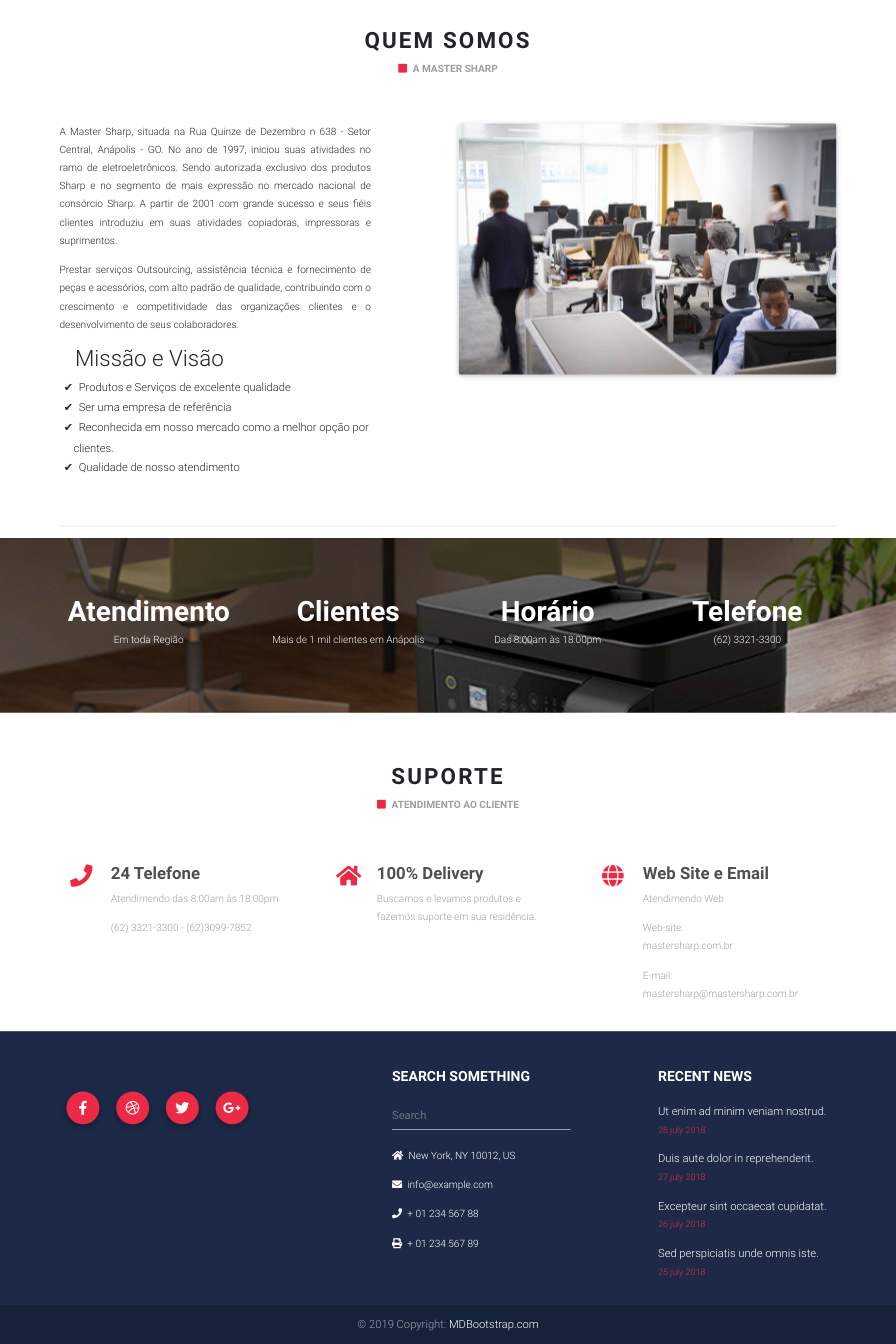
Repository: SalomaoMiguel/mastshap
Page: html/index.html
These files come from the project's save history. The page is drawn as it stood at one moment and after a run of saves; the edit follows.
The browser window is 1280 px wide. The pictures show the part of the page from y = 1373 to 3293 px (the page is 3293 px tall), at 70% of full size.
Some web libraries are served in a nearby version.

Above is the page before, as saved 2021-02-17 15:27:46.

After the next 2 saves:
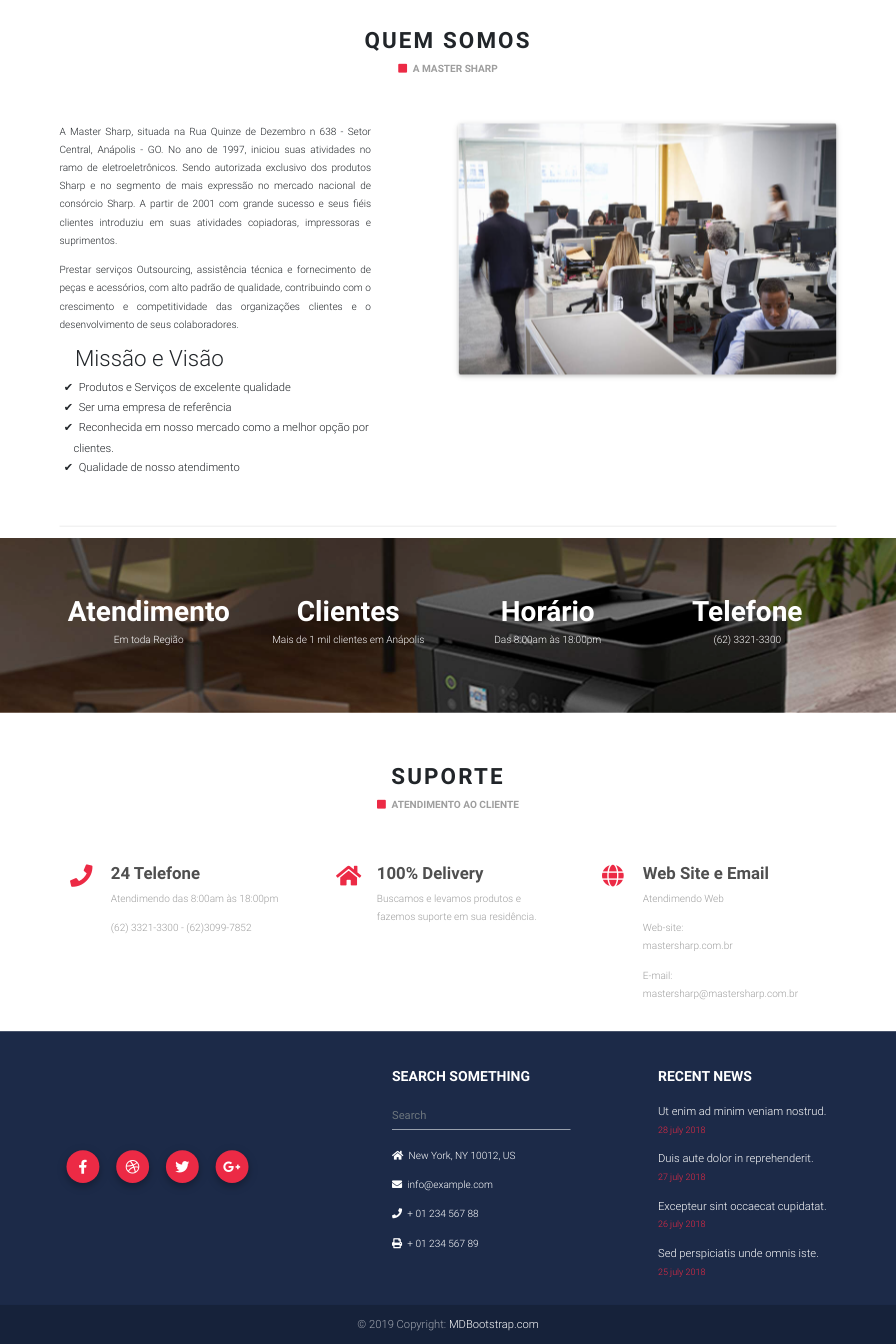
The 2 saves are shown as one change because they came seconds apart.
The last was saved 39 s later.
--- a/html/index.html
+++ b/html/index.html
@@ -388,9 +388,9 @@
           <!--About-->
           <h5 class="title mb-4 font-weight-bold"></h5>
 
-          <p></p>
-
-          <p></p>
+          <p>&emsp;</p>
+
+          <p>&emsp;</p>
           <!--/About -->
 
           <div class="footer-socials mt-2">
